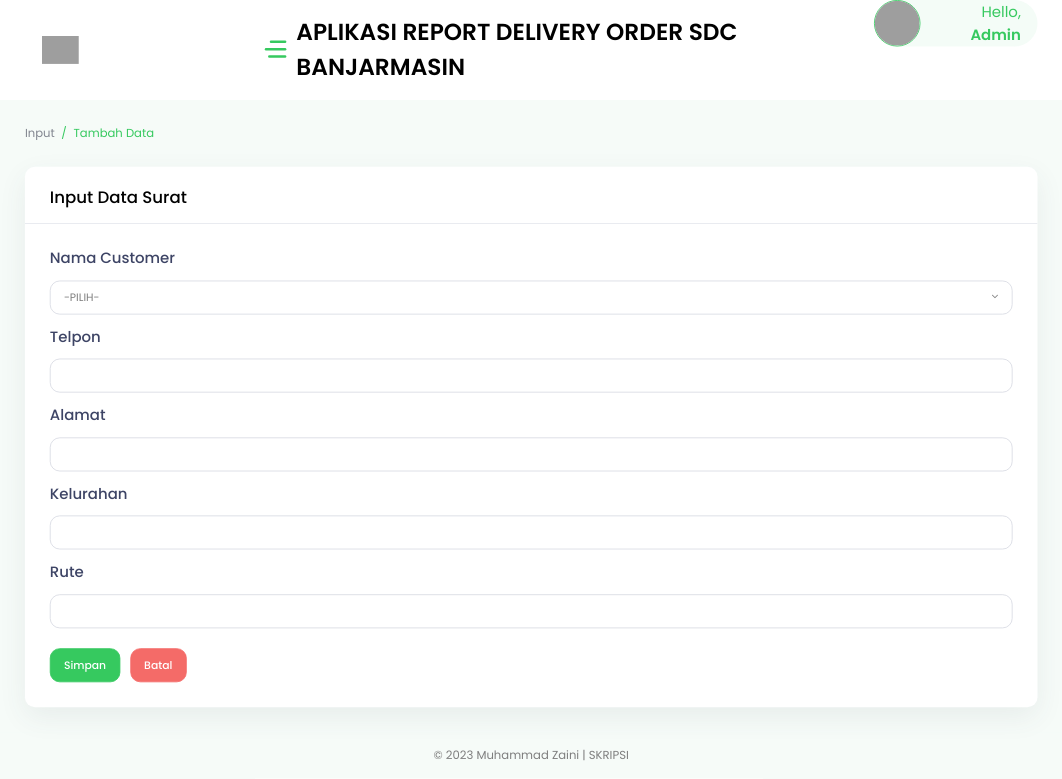
Repository: muhammadzainiy31/skripsi
Page: http://localhost/surat/input.php
The author's editor kept a copy of each file at every save. The page is drawn from the files as they stood at one save, then again after the next save.
The browser window is 1280 px wide. The pictures show the whole page, at 83% of full size.
Pictures or frames that could not be fetched are drawn as grey boxes. The page is run by PHP 8.4 with error messages shown; the project is at /var/www/html/. The database holds what the project's SQL file puts in it.

Above is the page before, as saved 2023-07-02 10:23:08.

After the next save:
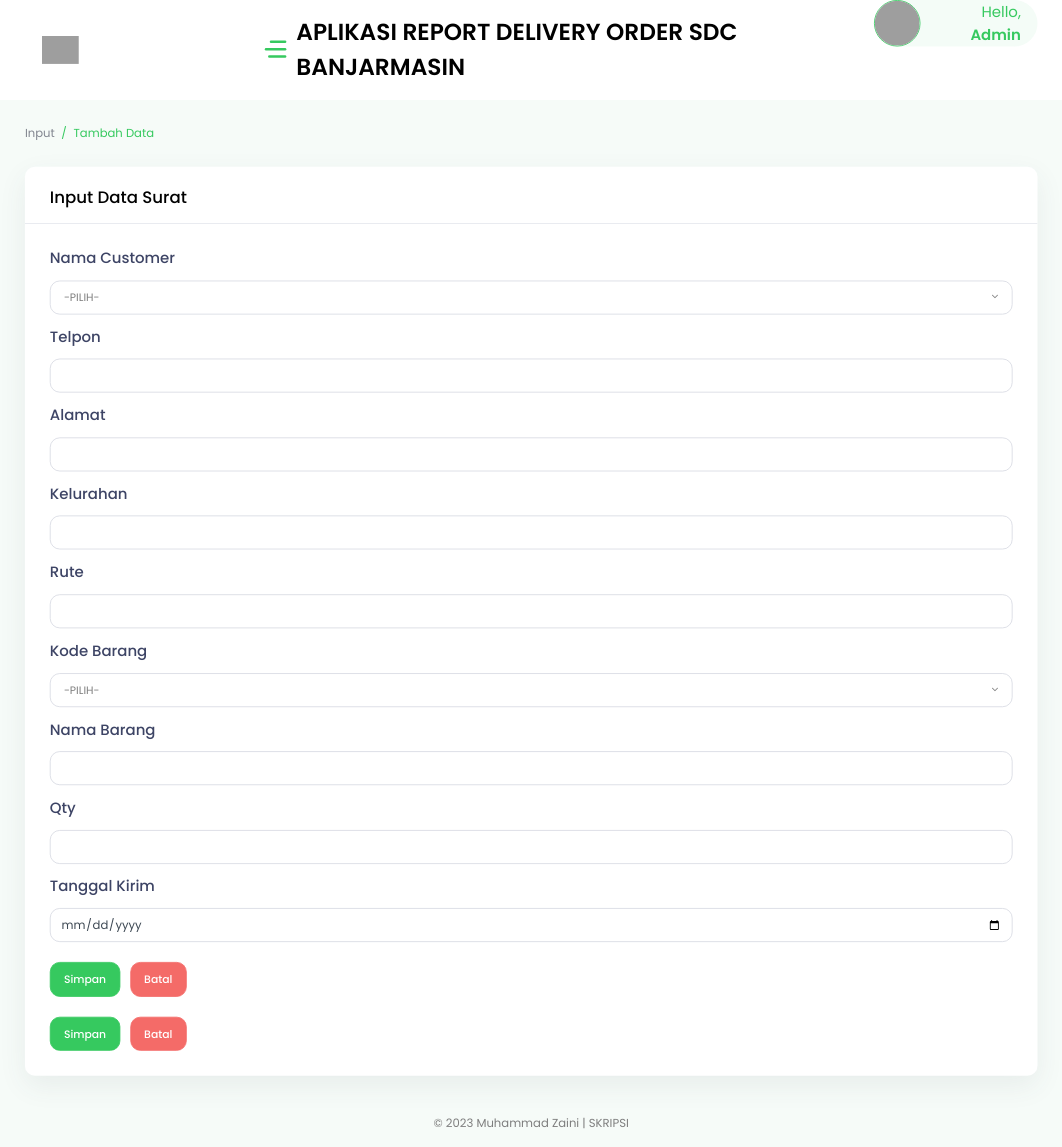
Saved 2 min 21 s later.
--- a/surat/input.php
+++ b/surat/input.php
@@ -102,6 +102,58 @@
                                             <h4><label for="rute">Rute</label></h4>
                                             <input type="text" class="form-control input-default" name="rute" id="rute" readonly>
                                         </div>
+<form method="POST" action="" enctype="multipart/form-data">
+    <div class="form-group">
+        <h4><label for="kode_brg">Kode Barang</label></h4>
+        <select name="kode_brg" id="kode_brg" class="form-control" required>
+            <option value="">-PILIH-</option>
+            <?php
+            include "../koneksi.php";
+            $ambilData = mysqli_query($conn, "SELECT * FROM tb_barang") or die(mysqli_error($conn));
+            while ($hasil = mysqli_fetch_array($ambilData)) {
+                echo '<option value="' . $hasil['kode_brg'] . '">' . $hasil['kode_brg'] . '</option>';
+            }
+            ?>
+        </select>
+    </div>
+
+    <div class="form-group">
+        <h4><label for="nm_brng">Nama Barang</label></h4>
+        <input type="text" class="form-control input-default" name="nm_brng" id="nm_brng" readonly>
+    </div>
+
+    <script>
+        // Fungsi untuk melakukan autofill pada nm_brng
+        function autofillBrg() {
+            var kode_brg = document.getElementById("kode_brg").value;
+            <?php
+            $ambilData = mysqli_query($conn, "SELECT * FROM tb_barang") or die(mysqli_error($conn));
+            while ($hasil = mysqli_fetch_array($ambilData)) {
+                echo "if (kode_brg === '" . $hasil['kode_brg'] . "') {";
+                echo "document.getElementById('nm_brng').value = '" . $hasil['nama_brg'] . "';";
+                echo "}";
+            }
+            ?>
+        }
+
+        // Panggil fungsi autofill saat combo box berubah
+        document.getElementById("kode_brg").addEventListener("change", autofillBrg);
+    </script>
+
+    <div class="form-group">
+        <h4><label for="qty">Qty</label></h4>
+        <input type="number" class="form-control input-default" name="qty" id="qty" min="1" required>
+    </div>
+
+    <div class="form-group">
+        <h4><label for="tanggal_kirim">Tanggal Kirim</label></h4>
+        <input type="date" class="form-control input-default" name="tanggal_kirim" placeholder="Masukkan Tanggal Kirim">
+    </div>
+
+    <div class="mt-4"></div>
+    <button class="btn btn-primary mr-2" name="simpan_kedua">Simpan</button>
+    <a href="index.php" class="btn btn-danger">Batal</a>
+</form>
 
                                         <div class="mt-4"></div>
                                         <button class="btn btn-primary mr-2" name="simpan">Simpan</button>
